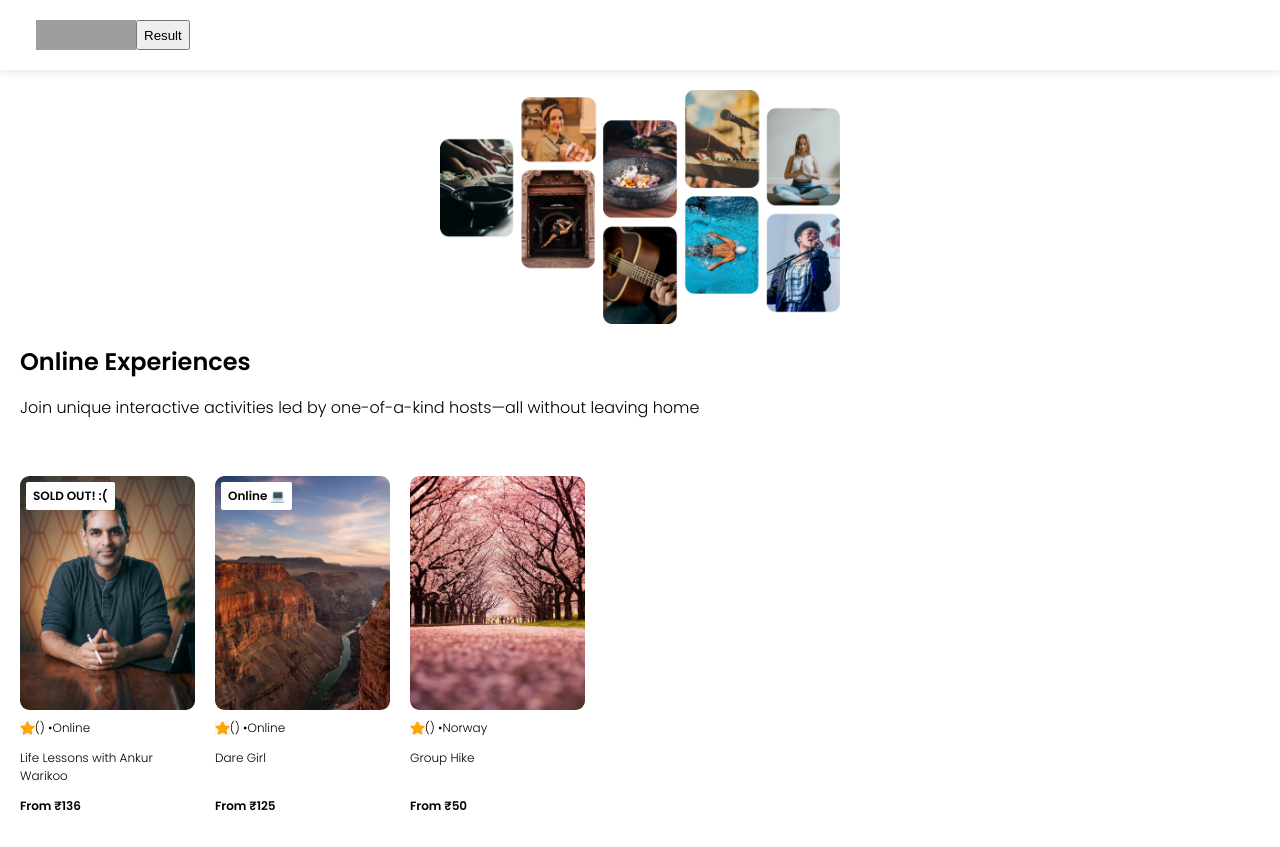
Repository: Sundaram-2001/Airbnb-experience
Page: /
These files come from the project's save history. The page is drawn as it stood at one moment and after the next save; the edit follows.
The browser window is 1280 px wide. The pictures show the whole page.
Pictures or frames that could not be fetched are drawn as grey boxes. The project was rebuilt for these pictures with package versions that can differ from the ones it lists, and the page was loaded fresh each time.

Above is the page before, as saved 2023-01-25 23:57:35.

### public/index.html
<!DOCTYPE html>
<html lang="en">
  <head>
    <link rel="preconnect" href="https://fonts.googleapis.com">
        <link rel="preconnect" href="https://fonts.gstatic.com" crossorigin>
        <link href="https://fonts.googleapis.com/css2?family=Poppins:wght@300;600&display=swap" rel="stylesheet">
    <meta charset="utf-8" />
    <link rel="icon" href="%PUBLIC_URL%/favicon.ico" />
    <meta name="viewport" content="width=device-width, initial-scale=1" />
    <meta name="theme-color" content="#000000" />
    <meta
      name="description"
      content="Web site created using create-react-app"
    />
    <link rel="apple-touch-icon" href="%PUBLIC_URL%/logo192.png" />

    <link rel="manifest" href="%PUBLIC_URL%/manifest.json" />

    <title>React App</title>
    <link rel="stylesheet" href="styles.css">
  </head>
  <body>
    <script src="index.js"></script>
    <div id="root"></div>

  </body>
</html>

### src/index.js
import React from 'react';
import ReactDOM from 'react-dom';
import App from "./components/App";

ReactDOM.render(<App/>,document.getElementById("root"));

### src/components/App.jsx
import React from 'react';
import ReactDOM from 'react-dom';
import Card from './Card';
import Hero from './Hero';
import Navbar from './Navbar';
import data from "./data";

export default function App(){
  const cards=data.map(item => {
    return(
      <Card

      item={item}
  />



    )


  })
  return (
    <div>
        <Navbar />
        <Hero />
      <section className='cards-list'>
        {cards}
        </section>

    </div>
)
}

### src/components/Card.jsx
import React from 'react';
import ReactDOM from 'react-dom';


function Card(props){
    let badgeText
    if(props.item.openSpots===0){
        badgeText="SOLD OUT! :("
    }
    else if(props.item.location==="Online"){
        badgeText="Online 💻"
    }
    return(
        <div className="card">
           {badgeText && <div className="card--badge">{badgeText}</div>}
            <img src={`../images/${props.item.coverImg}`} className="card--image" />
            <div className="card--stats">
                <img src="../images/download.png" className='card--star' />
                <span>{props.item.rating}</span>
                <span>({props.item.reviewCount}) • </span>
                <span>{props.item.location}</span>
            </div>
            <p className='card--title'> {props.item.title}</p>
            <p className="card--price"><span className="bold">From ₹{props.item.price}</span> </p>

        </div>
    )
}


export default Card;

### src/components/Hero.jsx
import React from 'react';
import ReactDOM from 'react-dom';


function Hero(){
    return(
        <section className='hero'>
            <img  className='hero--photo' src="../images/grid.png" alt="" />
            <h1 className='hero--header'>Online Experiences</h1>
            <p className='hero--text'>Join unique interactive activities led by
            one-of-a-kind hosts—all without leaving home</p>
        </section>
    )
}


export default Hero;//https://user-images.githubusercontent.com/78269625/158746508-4cd3f5a4-b6c4-4799-afe7-30777b1e0f5f.png

### src/components/Navbar.jsx
import React from 'react';
import ReactDOM from 'react-dom';

function Navbar(){
    return(

        <nav>
            <img className='nav--logo' src="../images/airbnb.png" alt="Air-bnb logo" width="120px" />
            <button class = "button">Result</button>
        </nav>

    )
}

export default Navbar;

//https://media.designrush.com/inspiration_images/135187/conversions/_1511452487_364_Airbnb-mobile.jpg

### src/components/data.jsx
export default [
    {
        id: 1,
        title: "Life Lessons with Ankur Warikoo",
        description: "I will share with you what I call \"Positively Impactful Moments of Disappointment.\" Throughout my career, many of my highest moments only came after setbacks and losses. But learning from those difficult moments is what gave me the ability to rise above them and reach my goals.",
        price: 136,
        coverImg: "ankur-warikoo.png",
        stats: {
            rating: 5.0,
            reviewCount: 6
        },
        location: "Online",
        openSpots: 0,
    },
    {
        id: 2,
        title: "Dare Girl",
        description: "Interested in becoming a wedding photographer? For beginner and experienced photographers alike, join us in learning techniques required to leave the happy couple with memories that'll last a lifetime.",
        price: 125,
        coverImg: "grand-canyon.png",
        stats: {
            rating: 5.0,
            reviewCount: 30
        },
        location: "Online",
        openSpots: 27,
    },
    {
        id: 3,
        title: "Group Hike",
        description: "Experience the beautiful Norwegian landscape and meet new friends all while conquering rugged terrain on your mountain bike. (Bike provided!)",
        price: 50,
        coverImg: "japan-forest.png",
        stats: {
            rating: 4.8,
            reviewCount: 2
        },
        location: "Norway",
        openSpots: 3,
    }
]

### public/styles.css
* {
    box-sizing: border-box;
}

body {
    margin: 0;
    font-family: 'Poppins', sans-serif;
}

nav {
    height: 70px;
    display: flex;
    padding: 20px 36px;
    box-shadow: 0px 2.98256px 7.4564px rgba(0, 0, 0, 0.1);
}

.bold {
    font-weight: bold;
}

.gray {
    color: #918E9B;
}

.nav--logo {
    max-width: 100px;
}

section {
    padding: 20px;
}

.hero {
    display: flex;
    flex-direction: column;
}

.hero--photo {
    max-width: 400px;
    align-self: center;
}

.hero--header {
    margin-bottom: 16px;
}

.hero--text {
    margin-top: 0;
}

.cards-list {
    display: flex;
    flex-wrap: nowrap;
    gap: 20px;
    overflow-x: auto;
}

.card {
    width: 175px;
    font-size: 12px;
    flex: 0 0 auto;         /* ADD */
    display: flex;          /* ADD */
    flex-direction: column; /* ADD */
    position: relative;
}

.card--image {
    width: 100%;
    border-radius: 9px;
    margin-bottom: 9px;
}

/* ADD */
.card--title {
    overflow: hidden;
    text-overflow: ellipsis;
}

.card--stats {
    display: flex;
    align-items: center;
}

.card--star {
    height: 14px;
}

/* ADD */
.card--price {
    margin-top: auto;
}

.card--badge {
    position: absolute;
    top: 6px;
    left: 6px;
    background-color: white;
    padding: 5px 7px;
    border-radius: 2px;
    font-weight: bold;
}

After the next save:
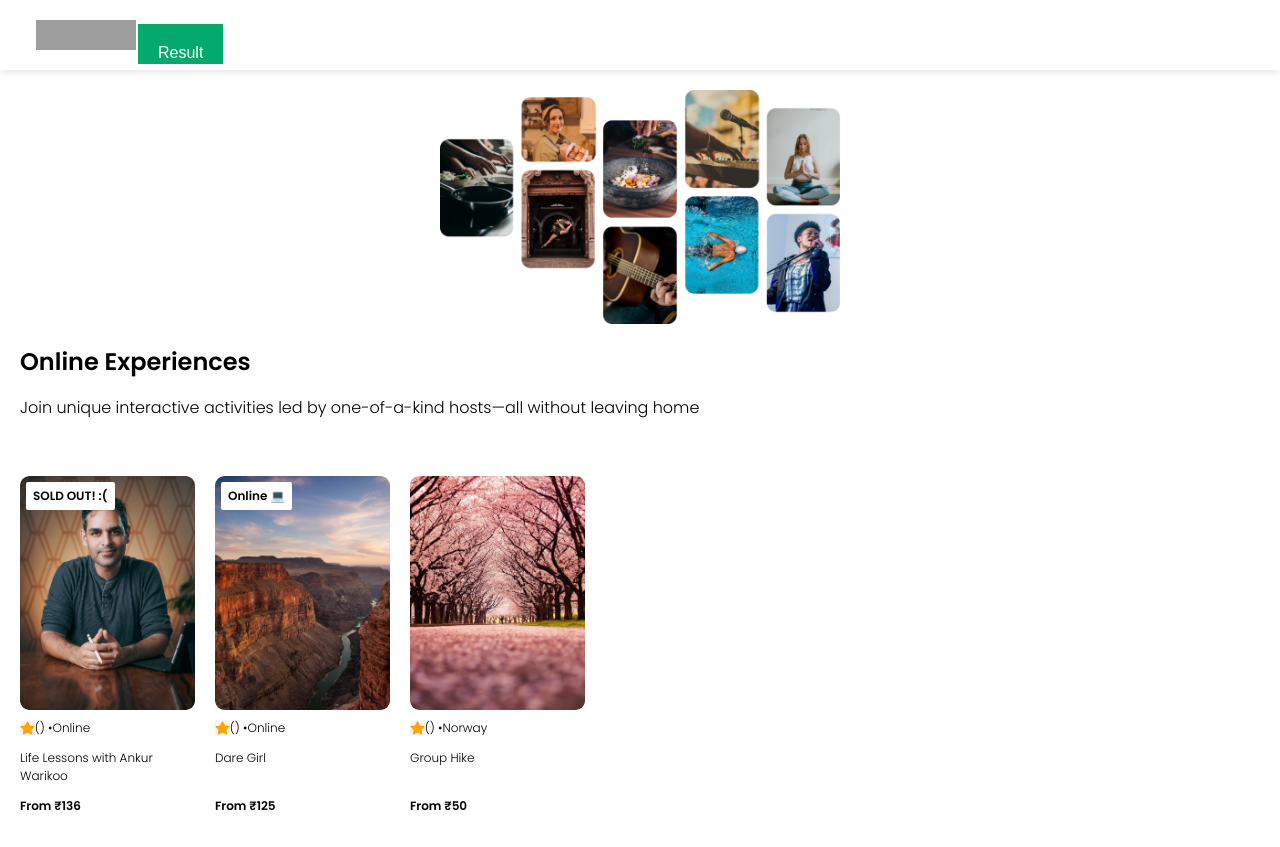
Saved 78 s later.
--- a/public/styles.css
+++ b/public/styles.css
@@ -6,6 +6,17 @@
     margin: 0;
     font-family: 'Poppins', sans-serif;
 }
+.button {
+    background-color: #04AA6D;
+    border: none;
+    color: white;
+    padding: 20px;
+    text-align: center;
+    text-decoration: none;
+    display: inline-block;
+    font-size: 16px;
+    margin: 4px 2px;
+  }
 
 nav {
     height: 70px;
